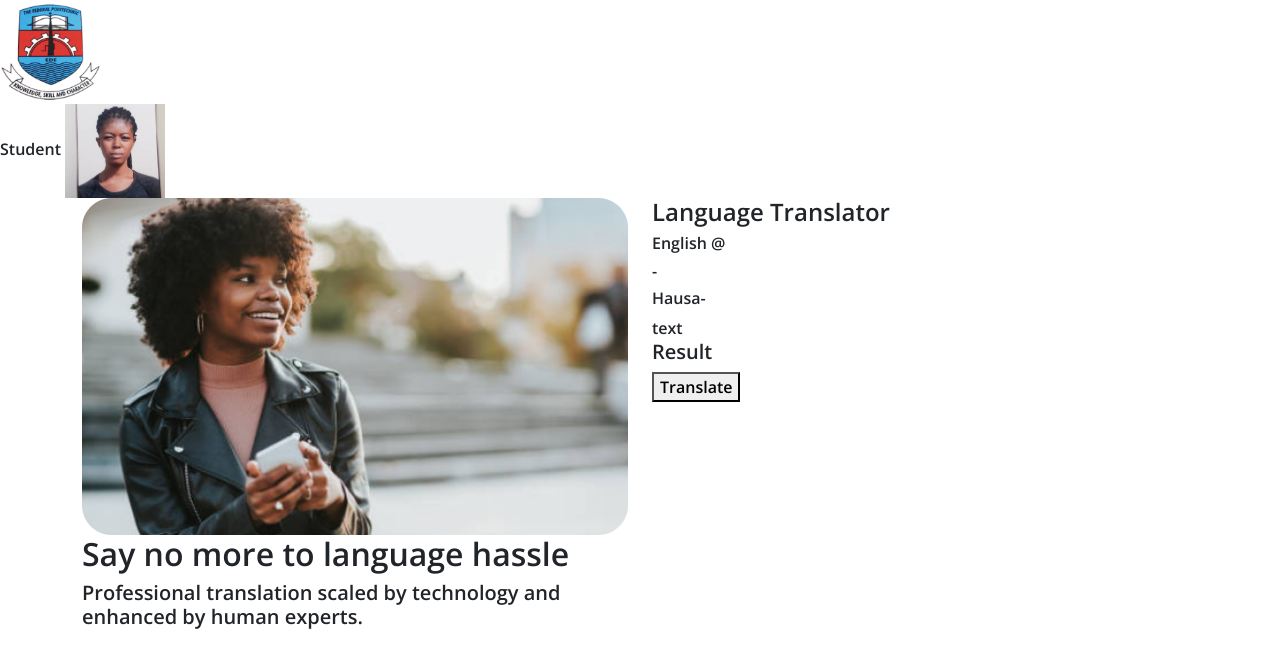
Repository: tgoodness/language-translator
Page: /
An editor plug-in stored every save of this project. The page is shown before and after a run of saves, followed by the edit.
The browser window is 1280 px wide. The pictures show the whole page.
The project was rebuilt for these pictures with package versions that can differ from the ones it lists, and the page was loaded fresh each time. Also part of the build but not shown: src/App.css.

Above is the page before, as saved 2022-05-01 13:21:02.

### src/index.js
import ReactDOM from 'react-dom/client';
import App from './App';
import 'bootstrap/dist/css/bootstrap.min.css';
import 'animate.css';
import './index.css';


const root = ReactDOM.createRoot(document.getElementById('root'));
root.render(
  <App />
);

### src/App.js
import All from './all';
import './App.css';

function App() {
  return <All />
}

export default App;

### src/index.css
@import url('https://fonts.googleapis.com/css2?family=Open+Sans:wght@600;700&display=swap');

body {
  margin: 0;
  font-family: 'Open Sans', sans-serif;
  -webkit-font-smoothing: antialiased;
  -moz-osx-font-smoothing: grayscale;
}

### src/all/index.jsx
import Lady from "../assets/lady.png";
import Header from './Header';

function Index() {
    return (
        <div>
            <Header />
            <div className="container">
                <div className="row">
                    <div className="col-md-6">
                        <img src={Lady} alt="Lady"  className="img-fluid" />
                        <div className="app-description">
                            <h2>Say no more to language hassle</h2>
                            <h5>
                                Professional translation scaled by technology and enhanced by
                                human experts.
                            </h5>
                        </div>
                    </div>

                    <div className="col-md-6">
                        <h4>Language Translator</h4>
                        <div className="lang-text-container">
                            <div className="languages-container">
                                <h6>
                                    English <span>@</span>
                                </h6>
                                <h6>
                                    <span>-</span>
                                </h6>
                                <h6>
                                    Hausa<span>-</span>
                                </h6>
                            </div>
                            text
                        </div>

                        <div className="result">
                            <h5>Result</h5>
                            <div></div>
                        </div>

                        <button>Translate</button>
                    </div>
                </div>
            </div>
        </div>
    );
}

export default Index;

### src/all/header.jsx
import  Logo from "../assets/logo.png";
import StudentAvater  from "../assets/avater.png";
function header() {
  return (
    <div className="header">
      <div>
        <img src={Logo} width="100" alt="Logo" />
      </div>

      <div>
        <span>
          Student <img src={StudentAvater} width="100" alt="Student Avater" />
        </span>
      </div>
    </div>
  );
}

export default header;

Loaded but not shown: public/index.html (common file)

After the next 3 saves:
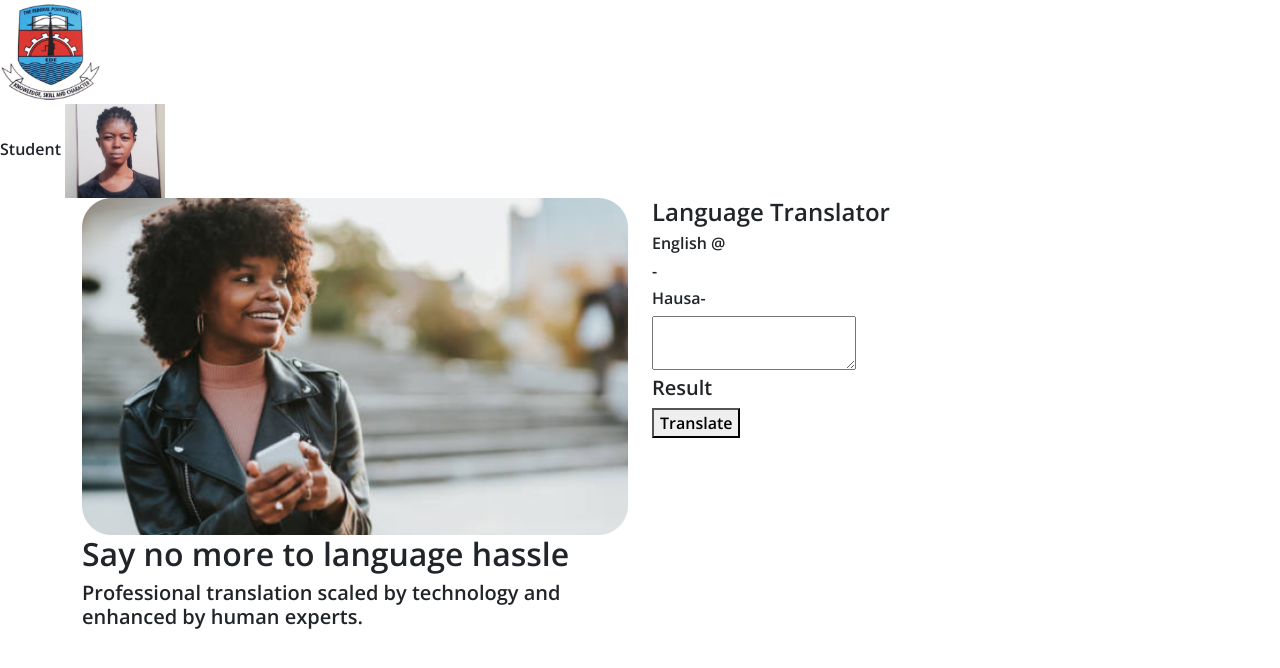
The 3 saves are shown as one change because they came seconds apart.
The last was saved 14 s later.
--- a/src/all/index.jsx
+++ b/src/all/index.jsx
@@ -32,7 +32,7 @@ function Index() {
                                     Hausa<span>-</span>
                                 </h6>
                             </div>
-                            text
+                            <textarea></textarea>
                         </div>
 
                         <div className="result">
